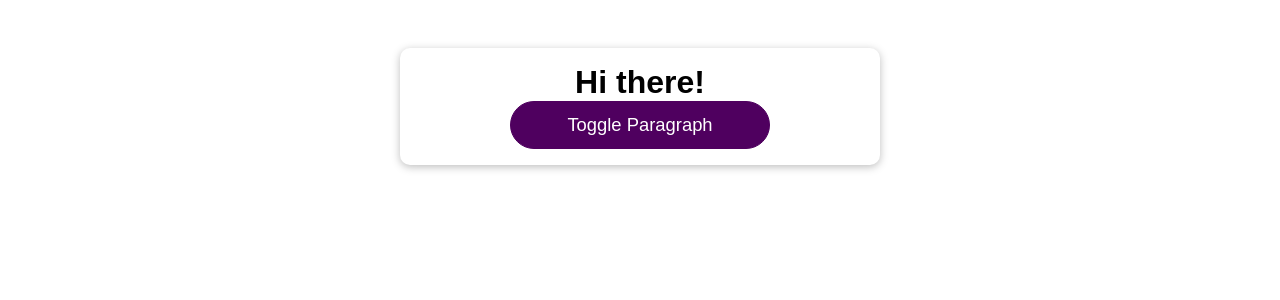
Repository: prathmeshgodbole/React-Optimization
Page: /
These files come from the project's save history. The page is drawn as it stood at one moment and after a run of saves; the edit follows.
The browser window is 1280 px wide. The pictures show the whole page.
The project was rebuilt for these pictures with package versions that can differ from the ones it lists, and the page was loaded fresh each time.

Above is the page before, as saved 2021-07-14 12:54:29.

After the next 3 saves:
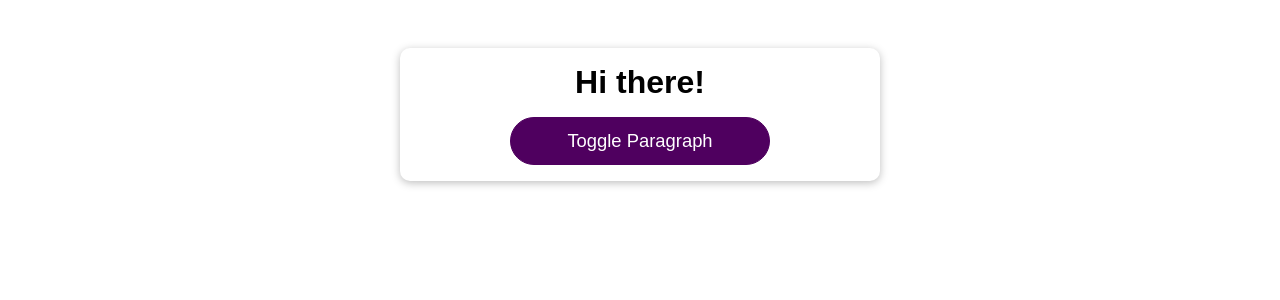
The 3 saves are shown as one change because they came seconds apart.
The last was saved 12 s later.
--- a/src/App.js
+++ b/src/App.js
@@ -13,7 +13,7 @@ function App() {
   return (
     <div className="app">
       <h1> Hi there! </h1>
-
+      <DemoOutput />
       <Button onClick={toggleParagraphHandler}>Toggle Paragraph</Button>
     </div>
   );
